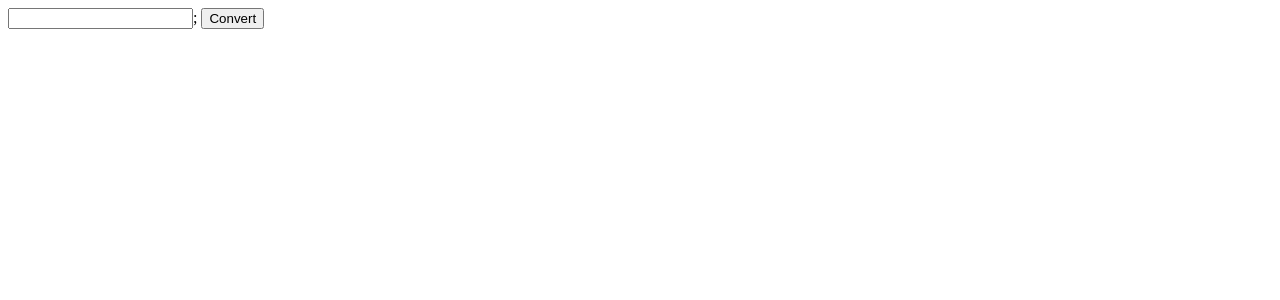
Repository: NGUYEN112/Module2
Page: http://localhost/
These files come from the project's save history. The page is drawn as it stood at one moment and after the next save; the edit follows.
The browser window is 1280 px wide. The pictures show the whole page.
The page is run by PHP 8.4 with error messages shown; the project is at /var/www/html/.

Above is the page before, as saved 2021-01-15 14:32:41.

After the next save:
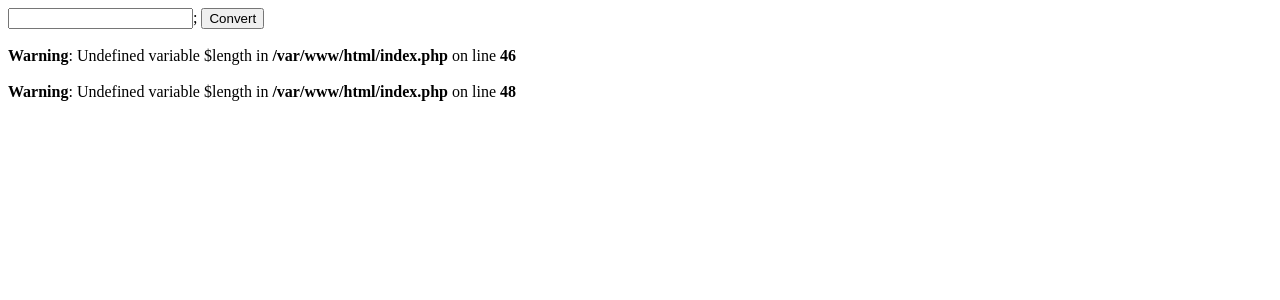
Saved 13 min 55 s later.
--- a/bai5-docso/index.php
+++ b/bai5-docso/index.php
@@ -16,6 +16,7 @@
     if ($_SERVER["REQUEST_METHOD"] == "POST") {
         $number = $_POST["number"];
         $length = strlen($number);
+    }
         function smallnum($number)
         {
             switch ($number) {
@@ -42,18 +43,20 @@
             }
             return;
         }
-        echo $number[0];
         if ($length == 1) {
             echo smallnum($number);
         }elseif ($length == 2){
-            if($number >= 10 && $number<20) {
-                if (smallnum($number[1]) == "Zero") {
-                    return "eleven";
-                }
+             switch ($number[0]) {
+                 case 1:
+                    if (smallnum($number[1]) == "Zero"){
+                        return "Ten";
+                    }elseif (smallnum($number[1]) == "One"){
+                        return "Eleven";
+                    }elseif (smallnum($number[1]) == "Two"){
 
-            }
-        }
-    }
+                    }
+             }
+}
     ?>
 </body>
 
